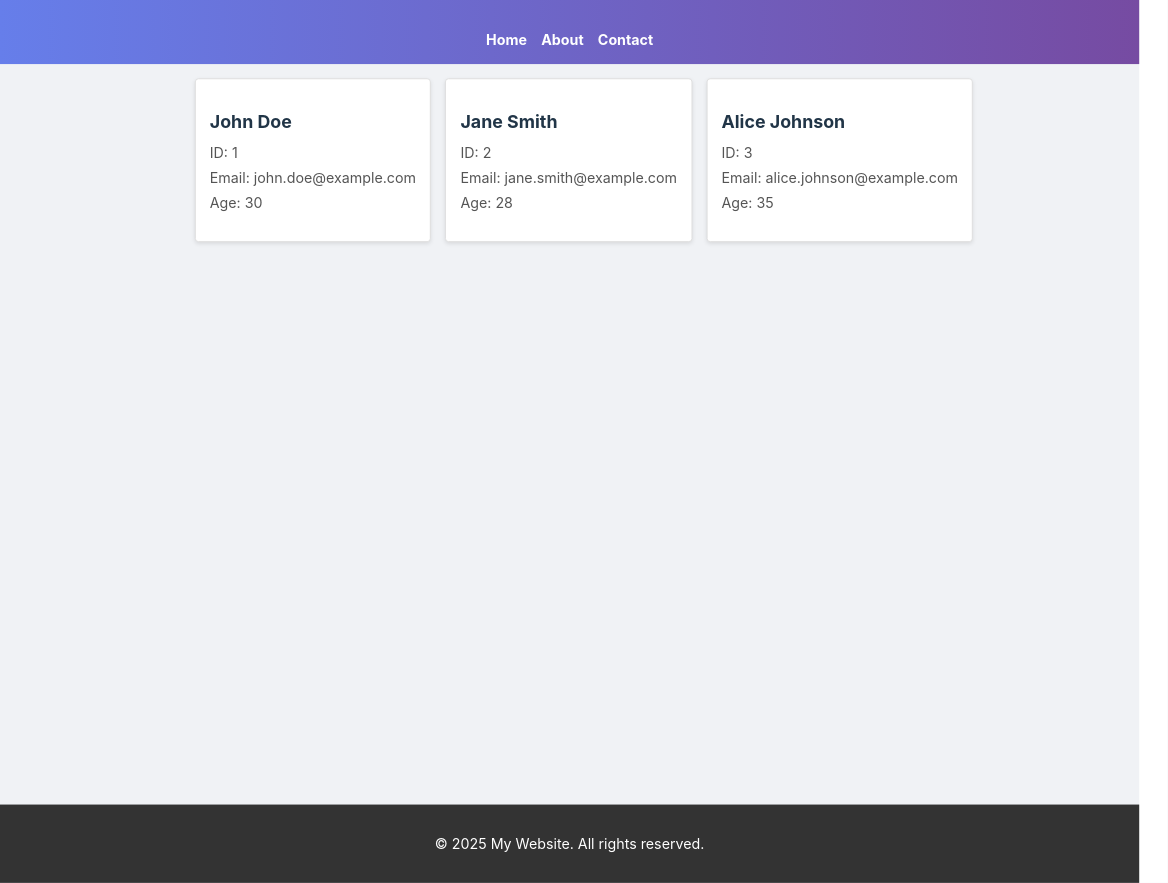
Repository: PhilLeGoff/first-react-page
Page: /
These files come from the project's save history. The page is drawn as it stood at one moment and after the next save; the edit follows.
The browser window is 1280 px wide. The page is 1312 px wide, so the pictures cover 1312 px, including what lies to the right of the window. The pictures show the whole page, at 89% of full size.
The project was rebuilt for these pictures with package versions that can differ from the ones it lists, and the page was loaded fresh each time. Also part of the build but not shown: vite.config.ts.

Above is the page before, as saved 2025-02-17 15:35:38.

After the next save:
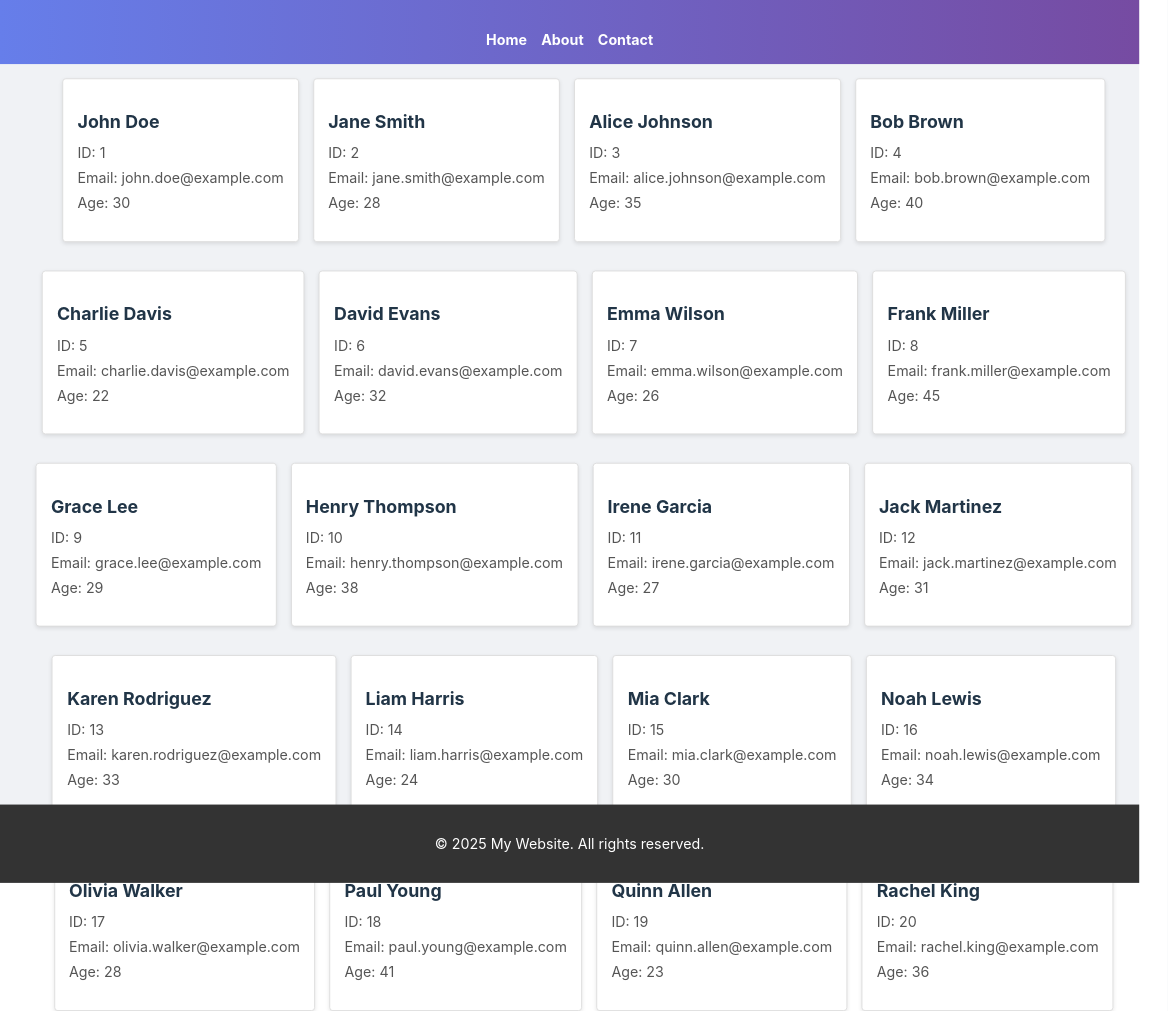
Saved 20 s later.
--- a/src/data/users.json
+++ b/src/data/users.json
@@ -19,5 +19,124 @@
     "lastname": "Johnson",
     "email": "alice.johnson@example.com",
     "age": 35
+  },
+  {
+    "id": 4,
+    "firstname": "Bob",
+    "lastname": "Brown",
+    "email": "bob.brown@example.com",
+    "age": 40
+  },
+  {
+    "id": 5,
+    "firstname": "Charlie",
+    "lastname": "Davis",
+    "email": "charlie.davis@example.com",
+    "age": 22
+  },
+  {
+    "id": 6,
+    "firstname": "David",
+    "lastname": "Evans",
+    "email": "david.evans@example.com",
+    "age": 32
+  },
+  {
+    "id": 7,
+    "firstname": "Emma",
+    "lastname": "Wilson",
+    "email": "emma.wilson@example.com",
+    "age": 26
+  },
+  {
+    "id": 8,
+    "firstname": "Frank",
+    "lastname": "Miller",
+    "email": "frank.miller@example.com",
+    "age": 45
+  },
+  {
+    "id": 9,
+    "firstname": "Grace",
+    "lastname": "Lee",
+    "email": "grace.lee@example.com",
+    "age": 29
+  },
+  {
+    "id": 10,
+    "firstname": "Henry",
+    "lastname": "Thompson",
+    "email": "henry.thompson@example.com",
+    "age": 38
+  },
+  {
+    "id": 11,
+    "firstname": "Irene",
+    "lastname": "Garcia",
+    "email": "irene.garcia@example.com",
+    "age": 27
+  },
+  {
+    "id": 12,
+    "firstname": "Jack",
+    "lastname": "Martinez",
+    "email": "jack.martinez@example.com",
+    "age": 31
+  },
+  {
+    "id": 13,
+    "firstname": "Karen",
+    "lastname": "Rodriguez",
+    "email": "karen.rodriguez@example.com",
+    "age": 33
+  },
+  {
+    "id": 14,
+    "firstname": "Liam",
+    "lastname": "Harris",
+    "email": "liam.harris@example.com",
+    "age": 24
+  },
+  {
+    "id": 15,
+    "firstname": "Mia",
+    "lastname": "Clark",
+    "email": "mia.clark@example.com",
+    "age": 30
+  },
+  {
+    "id": 16,
+    "firstname": "Noah",
+    "lastname": "Lewis",
+    "email": "noah.lewis@example.com",
+    "age": 34
+  },
+  {
+    "id": 17,
+    "firstname": "Olivia",
+    "lastname": "Walker",
+    "email": "olivia.walker@example.com",
+    "age": 28
+  },
+  {
+    "id": 18,
+    "firstname": "Paul",
+    "lastname": "Young",
+    "email": "paul.young@example.com",
+    "age": 41
+  },
+  {
+    "id": 19,
+    "firstname": "Quinn",
+    "lastname": "Allen",
+    "email": "quinn.allen@example.com",
+    "age": 23
+  },
+  {
+    "id": 20,
+    "firstname": "Rachel",
+    "lastname": "King",
+    "email": "rachel.king@example.com",
+    "age": 36
   }
 ]
